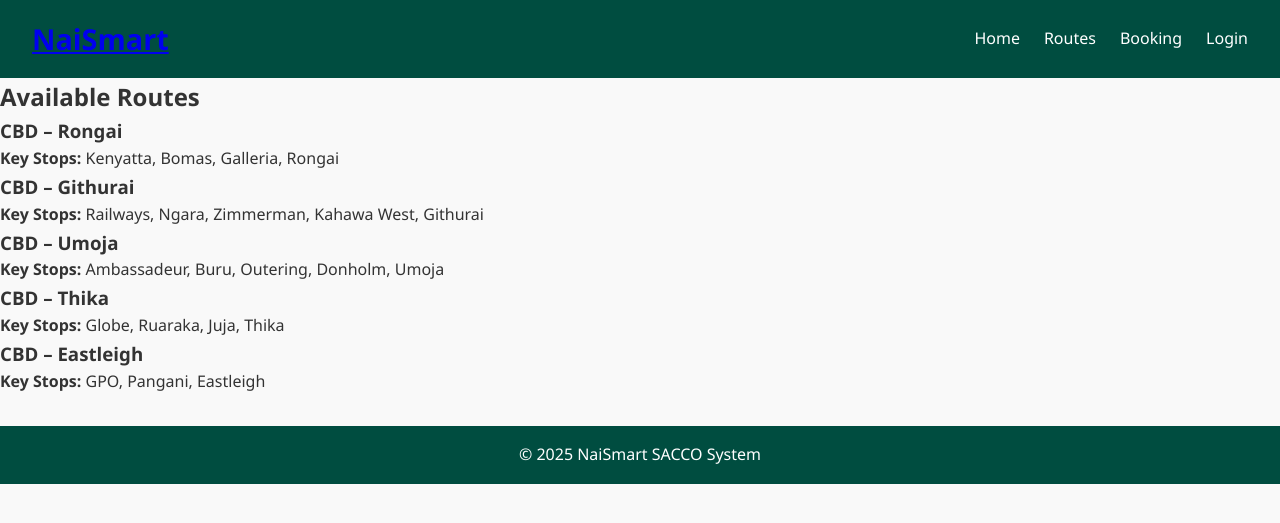
Repository: Ndegwa2/sacco
Page: Client./routes.html
An editor plug-in stored every save of this project. The page is shown before and after the next save, followed by the edit.
The browser window is 1280 px wide. The pictures show the whole page.

Above is the page before, as saved 2025-06-10 10:46:53.

### Client./routes.html
<!DOCTYPE html>
<html lang="en">
<head>
  <meta charset="UTF-8" />
  <meta name="viewport" content="width=device-width, initial-scale=1.0"/>
  <title>Routes - NaiSmart</title>
  <link rel="stylesheet" href="/styles.css">
</head>
<body>

  <header>
    <nav>
      <h1 class="logo"><a href="/">NaiSmart</a></h1>
      <ul>
        <li><a href="/">Home</a></li>
        <li><a href="routes.html">Routes</a></li>
        <li><a href="/booking">Booking</a></li>
        <li><a href="/login">Login</a></li>
      </ul>
    </nav>
  </header>
  <section class="routes-section">
    <h2>Available Routes</h2>
    <div class="route-cards">
      <div class="route-card">
        <h3>CBD – Rongai</h3>
        <p><strong>Key Stops:</strong> Kenyatta, Bomas, Galleria, Rongai</p>
      </div>
      <div class="route-card">
        <h3>CBD – Githurai</h3>
        <p><strong>Key Stops:</strong> Railways, Ngara, Zimmerman, Kahawa West, Githurai</p>
      </div>
      <div class="route-card">
        <h3>CBD – Umoja</h3>
        <p><strong>Key Stops:</strong> Ambassadeur, Buru, Outering, Donholm, Umoja</p>
      </div>
      <div class="route-card">
        <h3>CBD – Thika</h3>
        <p><strong>Key Stops:</strong> Globe, Ruaraka, Juja, Thika</p>
      </div>
      <div class="route-card">
        <h3>CBD – Eastleigh</h3>
        <p><strong>Key Stops:</strong> GPO, Pangani, Eastleigh</p>
      </div>
    </div>
  </section>

  <footer>
    <p>&copy; 2025 NaiSmart SACCO System</p>
  </footer>

</body>
</html>

### styles.css
/* General reset and font */
* {
  margin: 0;
  padding: 0;
  box-sizing: border-box;
  font-family: 'Segoe UI', Tahoma, Geneva, Verdana, sans-serif;
}

body {
  background-color: #f9f9f9;
  color: #333;
  line-height: 1.6;
}
.about-us {
  padding: 4rem 2rem;
  background-color: #ffffff;
  color: #333;
  text-align: center;
}

.about-container {
  max-width: 900px;
  margin: 0 auto;
}

.about-us h3 {
  font-size: 2rem;
  color: #004d40;
  margin-bottom: 1.5rem;
}

.about-us p {
  font-size: 1.1rem;
  line-height: 1.7;
  margin-bottom: 1rem;
}

/* Navbar */
header {
  background-color: #004d40;
  padding: 1rem 2rem;
  color: white;
}

nav {
  display: flex;
  justify-content: space-between;
  align-items: center;
}

nav .logo {
  font-size: 1.8rem;
  font-weight: bold;
}

nav ul {
  list-style: none;
  display: flex;
  gap: 1.5rem;
}

nav ul li a {
  color: white;
  text-decoration: none;
  font-weight: 500;
}

nav ul li a:hover {
  text-decoration: underline;
}

/* Hero section */
.hero {
  background: url('https://img.freepik.com/free-photo/male-bus-driver-portrait_23-2151582626.jpg?ga=GA1.1.1362746214.1749109585&semt=ais_items_boosted&w=740') no-repeat center center/cover;
  color: white;
  text-align: center;
  padding: 6rem 2rem;
}

.hero h2 {
  font-size: 2.5rem;
  margin-bottom: 1rem;
}

.hero p {
  font-size: 1.2rem;
  max-width: 600px;
  margin: 0 auto 2rem auto;
}

.btn {
  display: inline-block;
  background-color: #00bfa5;
  color: white;
  padding: 0.8rem 1.5rem;
  border-radius: 5px;
  text-decoration: none;
  font-weight: bold;
}

.btn:hover {
  background-color: #008e76;
}
/*logo styling*/
.logo img {
  height: 50px;
  object-fit: contain;
}
/*slogan bar*/
.slogan-bar {
  background-color: #00bfa5;
  color: white;
  text-align: center;
  padding: 1.2rem;
  font-size: 1.1rem;
  font-weight: 500;
  letter-spacing: 0.5px;
  box-shadow: 0 2px 5px rgba(0, 0, 0, 0.1);
}

/* Services Section */
.services {
  padding: 4rem 2rem;
  text-align: center;
  background-color: #fff;
}

.services h3 {
  font-size: 2rem;
  margin-bottom: 2rem;
  color: #004d40;
}

.service-grid {
  display: grid;
  grid-template-columns: repeat(auto-fit, minmax(250px, 1fr));
  gap: 2rem;
}

.service-grid div {
  background-color: #e0f2f1;
  padding: 2rem;
  border-radius: 10px;
  box-shadow: 0 2px 5px rgba(0,0,0,0.05);
}

.service-grid h4 {
  color: #00695c;
  margin-bottom: 0.8rem;
}

/* Footer */
footer {
  text-align: center;
  background-color: #004d40;
  color: white;
  padding: 1rem;
  margin-top: 2rem;
}
/* Admin Header */
.admin-header {
  background-color: #00695c;
  color: white;
  padding: 1rem 2rem;
  display: flex;
  justify-content: space-between;
  align-items: center;
  position: fixed;
  width: 100%;
  top: 0;
  left: 0;
  z-index: 1000;
}

/* Admin Profile */
.admin-profile span {
  margin-right: 1rem;
  font-weight: bold;
}

/* Sidebar Navigation */
.admin-sidebar {
  background-color: #00695c;
  padding-top: 60px;
  height: 100vh;
  width: 200px;
  position: fixed;
  top: 0;
  left: 0;
  overflow-y: auto;
}

.admin-sidebar ul {
  list-style: none;
  padding: 0;
  margin: 0;
}

.admin-sidebar ul li a {
  display: block;
  padding: 1rem;
  color: white;
  text-decoration: none;
  transition: background-color 0.3s;
}

.admin-sidebar ul li a:hover,
.admin-sidebar ul li a.active {
  background-color: #004d40;
  font-weight: bold;
}

/* Main Content */
.admin-main {
  margin-left: 220px;
  margin-top: 80px;
  padding: 2rem;
  background-color: #f9f9f9;
  min-height: 100vh;
}

/* Section Styling */
.admin-section {
  background: #fff;
  padding: 2rem;
  border-radius: 10px;
  box-shadow: 0 0 10px rgba(0,0,0,0.05);
}

/* Add Button */
.add-btn {
  background-color: #00bfa5;
  color: white;
  padding: 0.6rem 1.2rem;
  border: none;
  border-radius: 6px;
  cursor: pointer;
  margin-bottom: 1rem;
}

/* Form Styling */
form#addFleetForm {
  background: #f1f8f6;
  padding: 1.5rem;
  border-radius: 8px;
  margin-bottom: 2rem;
  display: flex;
  flex-direction: column;
  gap: 1rem;
}

form input,
form select {
  padding: 0.7rem;
  border: 1px solid #ccc;
  border-radius: 4px;
  font-size: 1rem;
}

/* Table Styling */
.route-table {
  width: 100%;
  border-collapse: collapse;
  background-color: white;
  border-radius: 10px;
  overflow: hidden;
}

.route-table th,
.route-table td {
  padding: 1rem;
  text-align: left;
  border-bottom: 1px solid #ddd;
}

.route-table th {
  background-color: #004d40;
  color: white;
}

/* Status Badges */
.badge.active {
  background-color: #00bfa5;
  color: white;
  padding: 0.3rem 0.7rem;
  border-radius: 20px;
}

.badge.inactive {
  background-color: #ef5350;
  color: white;
  padding: 0.3rem 0.7rem;
  border-radius: 20px;
}

/* Action Buttons */
.edit-btn, .delete-btn {
  padding: 0.4rem 0.8rem;
  border: none;
  border-radius: 5px;
  cursor: pointer;
  margin-right: 0.5rem;
}

.edit-btn {
  background-color: #42a5f5;
  color: white;
}

.delete-btn {
  background-color: #ef5350;
  color: white;
}

After the next save:
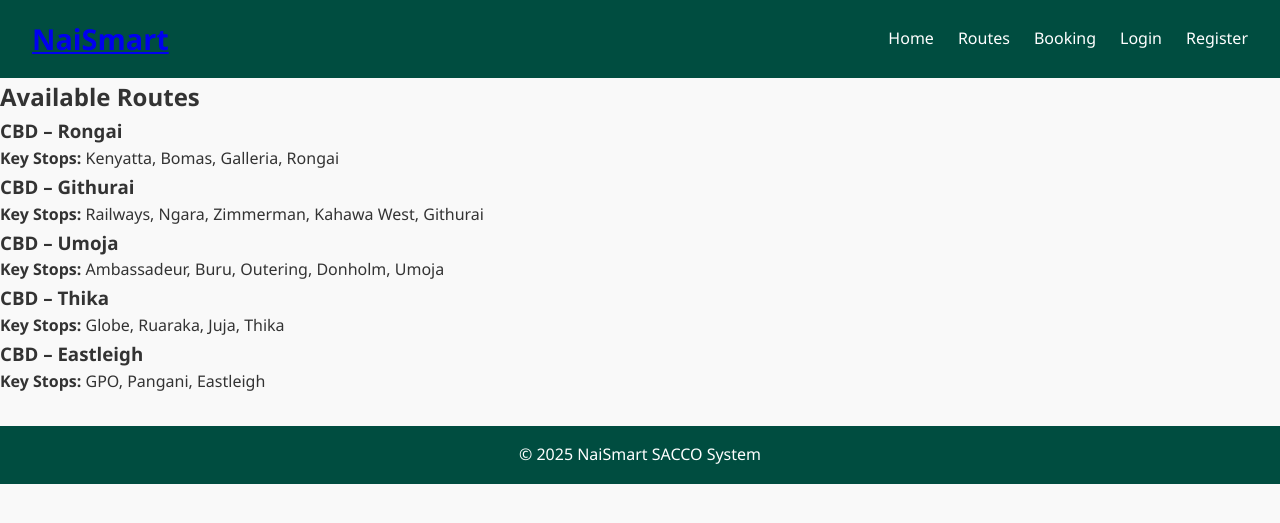
Saved 1 s later.
--- a/Client./routes.html
+++ b/Client./routes.html
@@ -12,10 +12,11 @@
     <nav>
       <h1 class="logo"><a href="/">NaiSmart</a></h1>
       <ul>
-        <li><a href="/">Home</a></li>
+        <li><a href="index.html">Home</a></li>
         <li><a href="routes.html">Routes</a></li>
-        <li><a href="/booking">Booking</a></li>
-        <li><a href="/login">Login</a></li>
+        <li><a href="Booking.html">Booking</a></li>
+        <li><a href="login.html">Login</a></li>
+        <li><a href="register.html">Register</a></li>
       </ul>
     </nav>
   </header>
